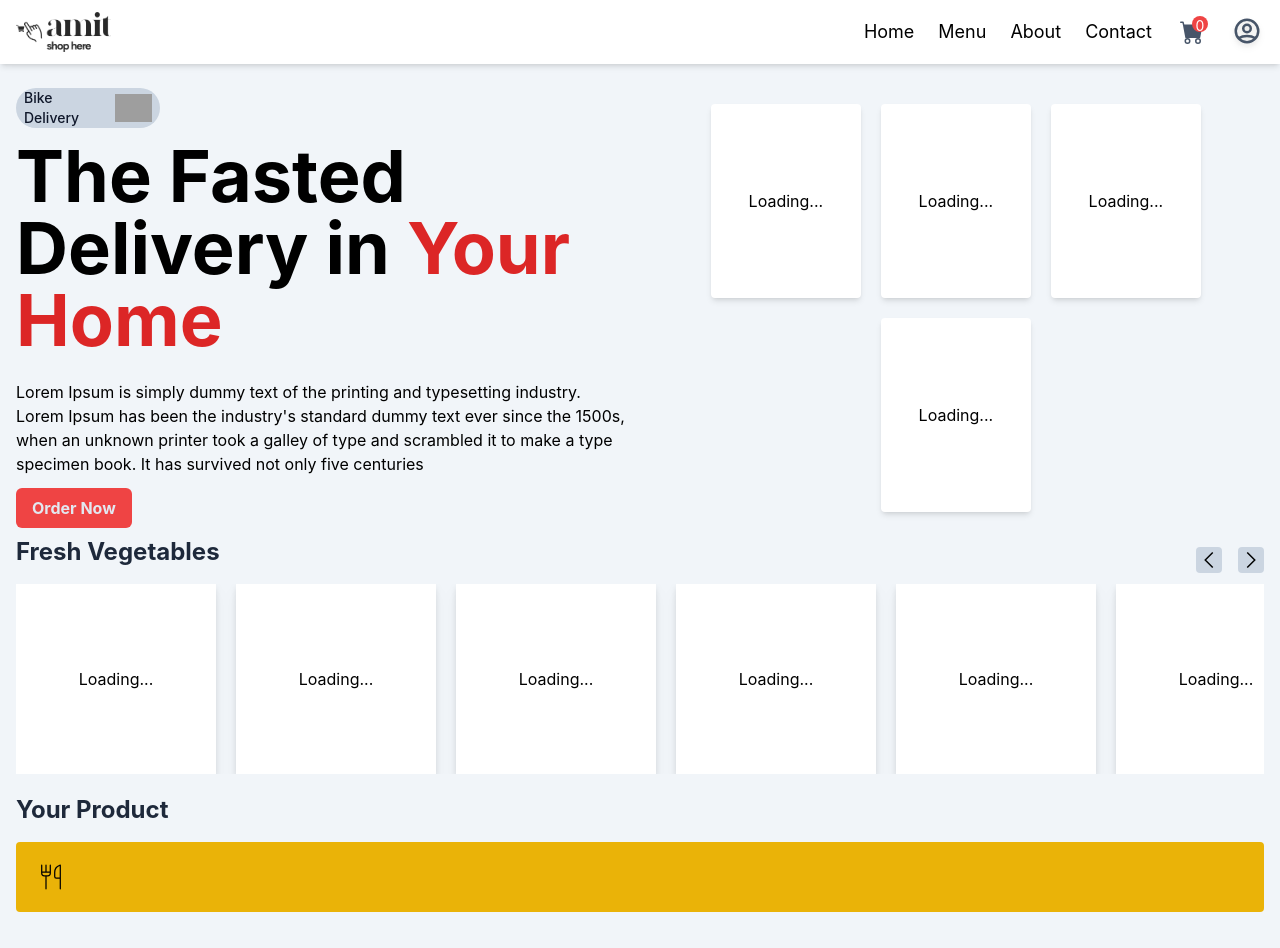
Repository: Lehuyhuynh/Web_ban_hoa_qua
Page: / (app in frontend/)
An editor plug-in stored every save of this project. The page is shown before and after the next save, followed by the edit.
The browser window is 1280 px wide. The pictures show the whole page.
Pictures or frames that could not be fetched are drawn as grey boxes. The page's requests for data from a server got no answer. The project was rebuilt for these pictures with package versions that can differ from the ones it lists, and the page was loaded fresh each time. No one was signed in, and anything a server would have sent is missing. Also part of the build but not shown: frontend/src/page/Menu.js, frontend/src/page/About.js, frontend/src/page/Contact.js, frontend/src/page/login.js, frontend/src/utility/ImagetoBase64.js, frontend/src/page/Newproduct.js, frontend/src/page/Signup.js.

Above is the page before, as saved 2024-01-06 20:52:49.

After the next save:
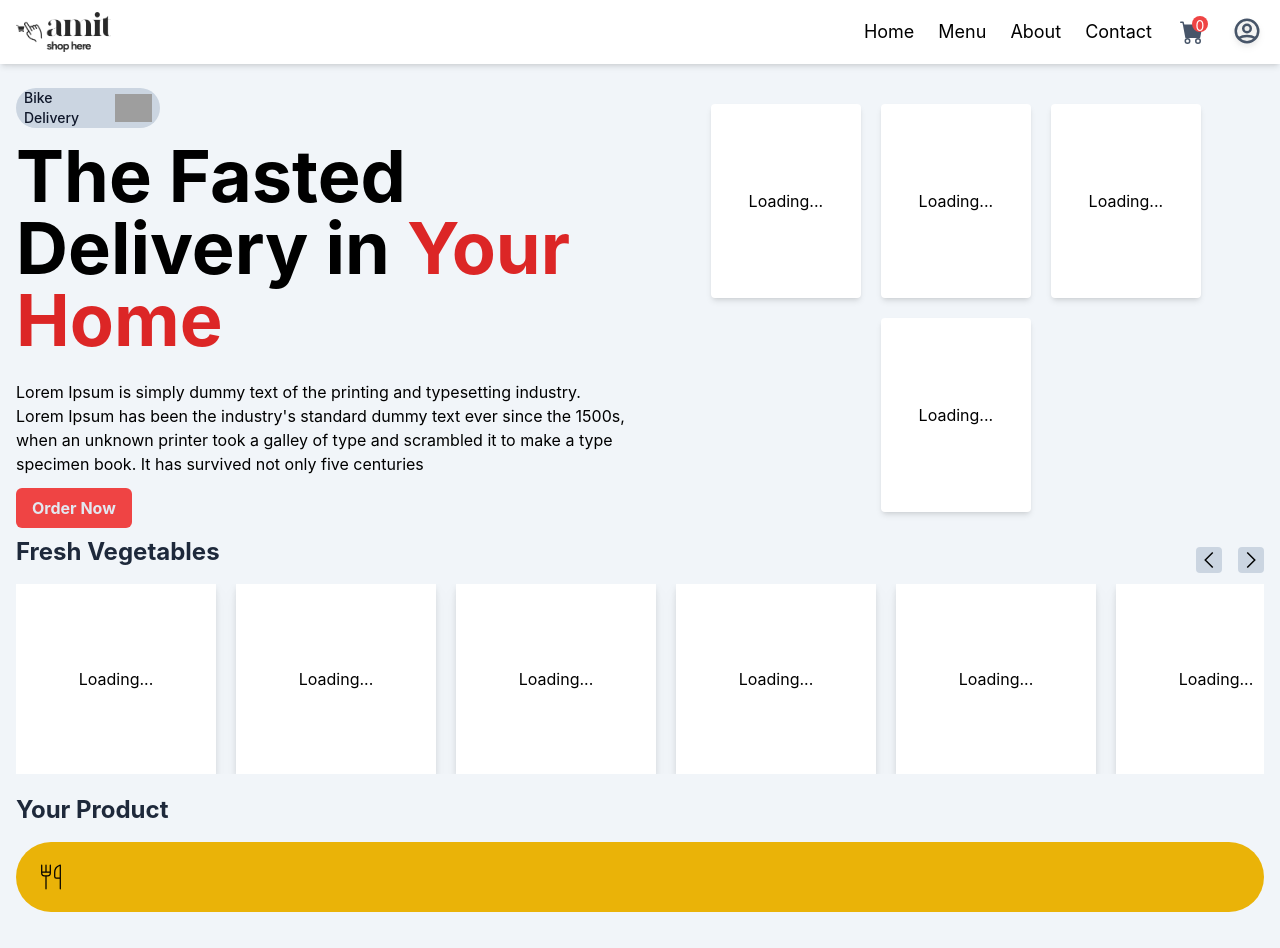
Saved 32 s later.
--- a/frontend/src/page/Home.js
+++ b/frontend/src/page/Home.js
@@ -123,7 +123,7 @@ const Home = () => {
         <h2 className="font-bold text-2xl text-slate-800 mb-4">Your Product</h2>
 
         <div className="">
-          <div className=" text-3xl p-5 bg-yellow-500 rounded">
+          <div className=" text-3xl p-5 bg-yellow-500 rounded-full">
             <CiForkAndKnife />
           </div>
         </div>
